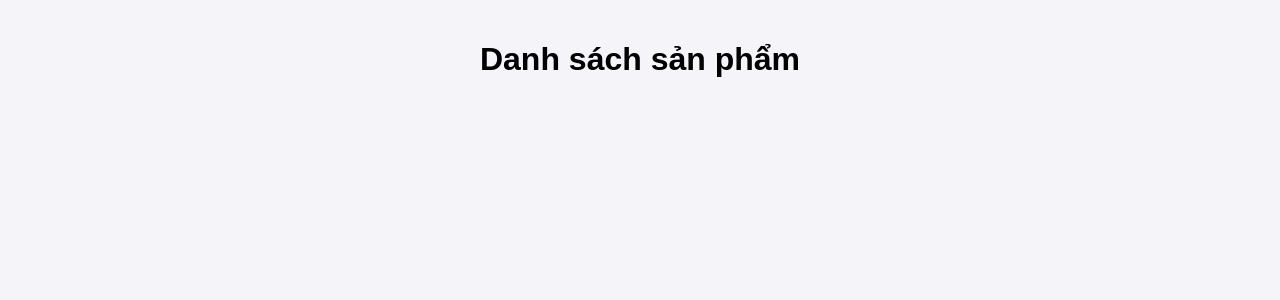
Repository: binhphanbp/ECMAScript_WEB501_WD20301
Page: class_LePhatHien/lesson4/index.html
The author's editor kept a copy of each file at every save. The page is drawn from the files as they stood at one save, then again after the next save.
The browser window is 1280 px wide. The pictures show the whole page.
The page's requests for data from a server got no answer.

Above is the page before, as saved 2025-09-22 15:03:17.

### class_LePhatHien/lesson4/index.html
<!DOCTYPE html>
<html lang="en">
  <head>
    <meta charset="UTF-8" />
    <meta name="viewport" content="width=device-width, initial-scale=1.0" />
    <title>Danh sách sản phẩm</title>
    <style>
      body {
        font-family: Arial, sans-serif;
        margin: 0;
        padding: 20px;
        background: #f4f4f9;
      }

      h1 {
        text-align: center;
        margin-bottom: 20px;
      }

      .product-list {
        display: grid;
        grid-template-columns: repeat(auto-fill, minmax(220px, 1fr));
        gap: 20px;
      }

      .product-card {
        background: #fff;
        border-radius: 8px;
        padding: 15px;
        box-shadow: 0 4px 6px rgba(0, 0, 0, 0.1);
        transition: transform 0.2s ease-in-out;
        display: flex;
        flex-direction: column;
        align-items: center;
      }

      .product-card:hover {
        transform: translateY(-5px);
      }

      .product-card img {
        max-width: 150px;
        max-height: 150px;
        object-fit: contain;
        margin-bottom: 10px;
      }

      .product-title {
        font-size: 16px;
        font-weight: bold;
        text-align: center;
        margin: 10px 0;
        height: 40px;
        overflow: hidden;
      }

      .product-price {
        color: #e67e22;
        font-size: 18px;
        font-weight: bold;
        margin: 5px 0;
      }

      .product-desc {
        font-size: 14px;
        color: #555;
        text-align: center;
        height: 50px;
        overflow: hidden;
      }
    </style>
  </head>
  <body>
    <h1>Danh sách sản phẩm</h1>
    <div class="product-list" id="product-list"></div>
    <div class="product-list" id="product-list"></div>

    <script>
      const loadProducts = async () => {
        try {
          const response = await fetch('https://fakestoreapi.com/products');
          const products = await response.json();

          const productList = document.getElementById('product-list');

          products.forEach((product) => {
            const productCard = document.createElement('div');
            productCard.className = 'product-card';

            productCard.innerHTML = `
              <img src="${product.image}" alt="${product.title}" />
              <div class="product-title">${product.title}</div>
              <div class="product-price">$${product.price}</div>
              <div class="product-desc">${product.description}</div>
            `;

            productList.appendChild(productCard);
          });
        } catch (error) {
          console.error('Lỗi khi tải sản phẩm:', error);
        }
      };

      loadProducts();
    </script>
  </body>
</html>

After the next save:
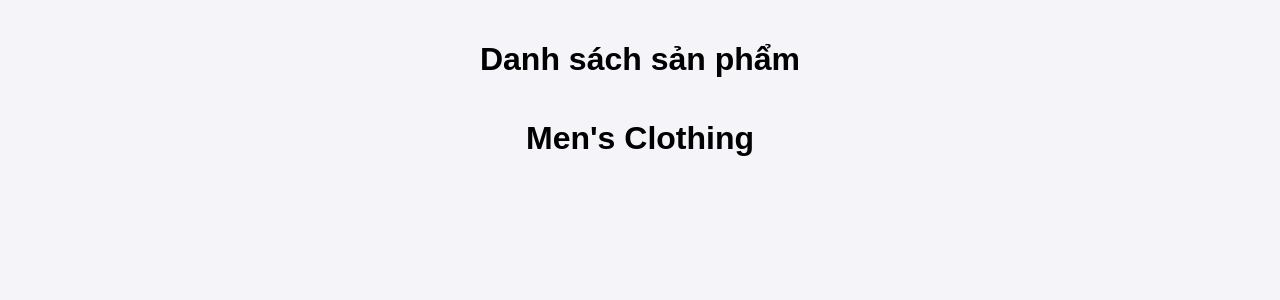
Saved 30 s later.
--- a/class_LePhatHien/lesson4/index.html
+++ b/class_LePhatHien/lesson4/index.html
@@ -73,8 +73,8 @@
   <body>
     <h1>Danh sách sản phẩm</h1>
     <div class="product-list" id="product-list"></div>
-    <div class="product-list" id="product-list"></div>
 
+    <h1>Men's Clothing</h1>
     <script>
       const loadProducts = async () => {
         try {

After the save that followed:
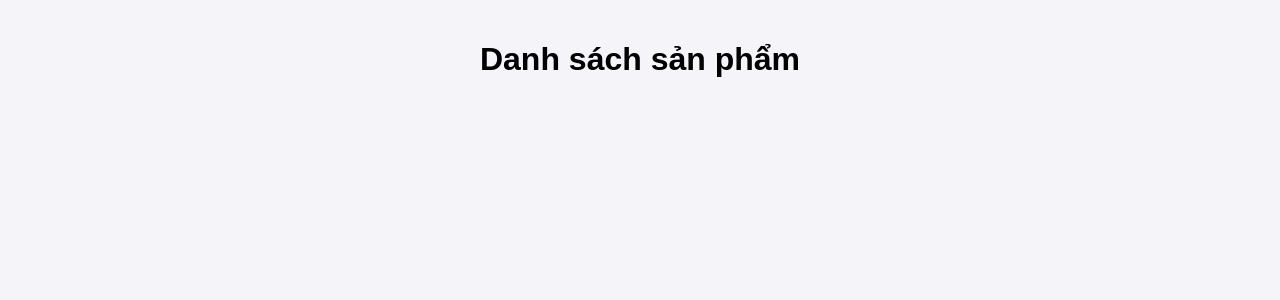
Saved 7 s later.
--- a/class_LePhatHien/lesson4/index.html
+++ b/class_LePhatHien/lesson4/index.html
@@ -74,7 +74,6 @@
     <h1>Danh sách sản phẩm</h1>
     <div class="product-list" id="product-list"></div>
 
-    <h1>Men's Clothing</h1>
     <script>
       const loadProducts = async () => {
         try {
